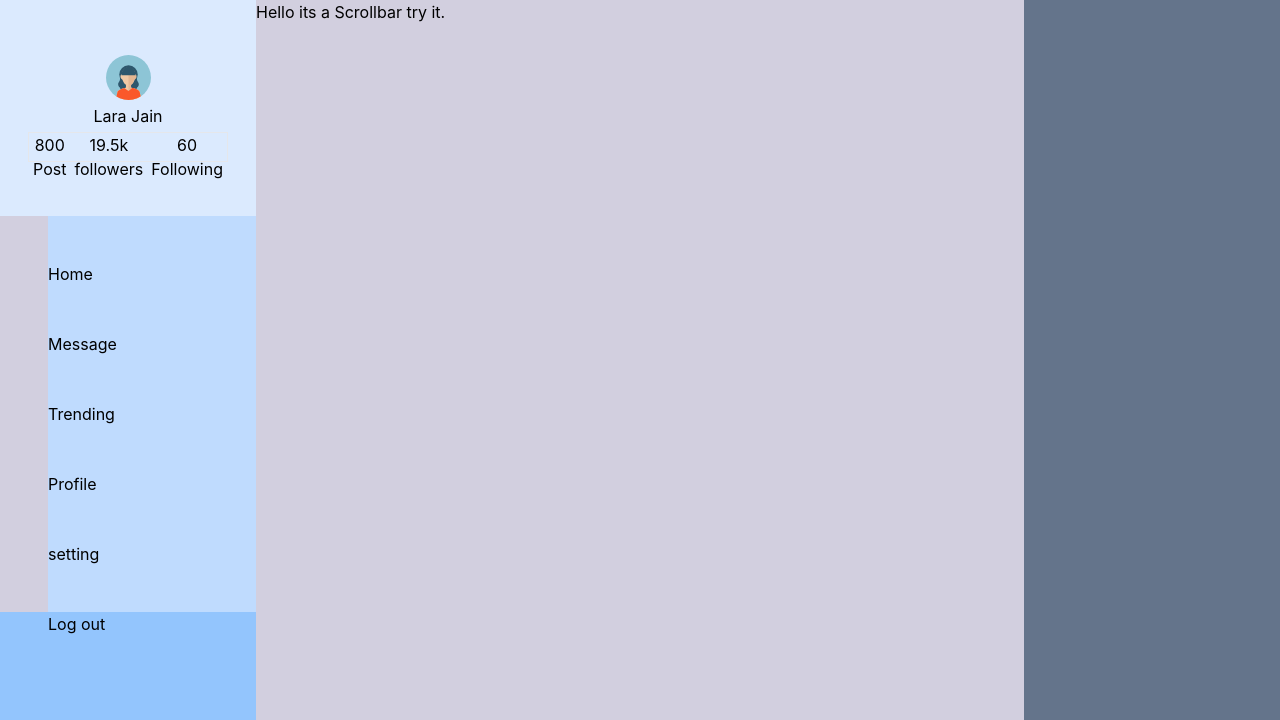
Repository: cosmicswati/upgrad-captions-project
Page: /account/signin
An editor plug-in stored every save of this project. The page is shown before and after the next save, followed by the edit.
The browser window is 1280 px wide. The pictures show the whole page.
An inner scrolling area shows only its first screen. The project was rebuilt for these pictures with package versions that can differ from the ones it lists, and the page was loaded fresh each time. Also part of the build but not shown: src/components/Input/index.js, src/components/Button/index.js, src/modules/Authorization/Form.jsx, src/modules/Authorization/index.js.

Above is the page before, as saved 2024-04-09 14:10:53.

After the next save:
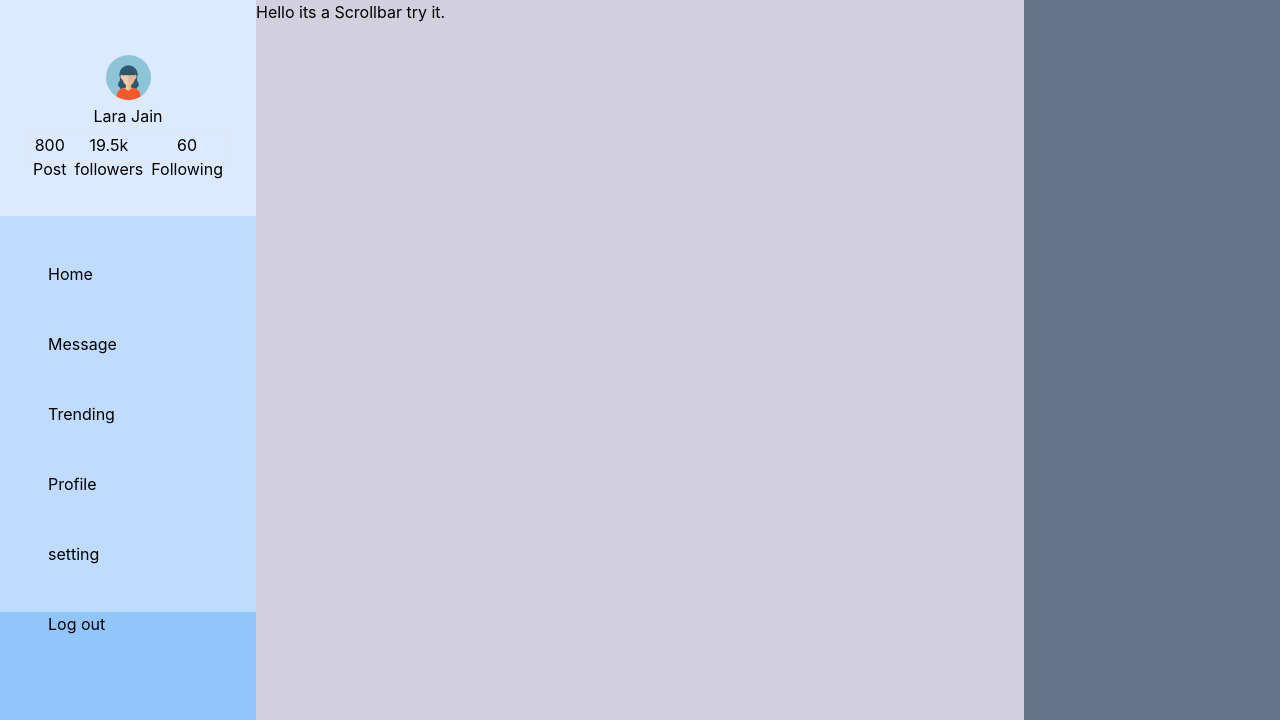
Saved 29 s later.
--- a/src/modules/Home/index.js
+++ b/src/modules/Home/index.js
@@ -25,7 +25,7 @@ const Home = () => {
                     </div>
                 </div>
             </div>
-            <div className='h-[55%] bg-blue-200 flex flex-col justify-evenly ml-12'>
+            <div className='h-[55%] bg-blue-200 flex flex-col justify-evenly pl-12'>
                     <div>Home</div>
                     <div>Message</div>
                     <div>Trending</div>
